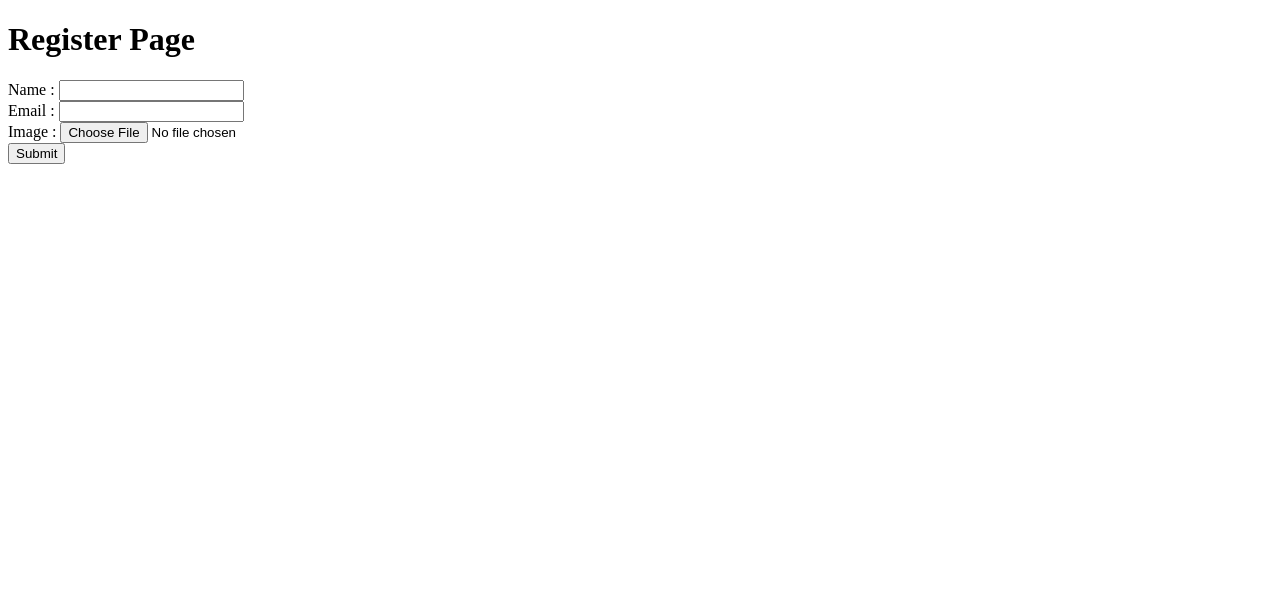
Repository: RajkumarBalimidi/Demo-JFSWD-Project
Page: DemoProject/src/main/webapp/index.html
These files come from the project's save history. The page is drawn as it stood at one moment and after the next save; the edit follows.
The browser window is 1280 px wide. The pictures show the whole page.

Above is the page before, as saved 2024-11-05 07:11:40.

After the next save:
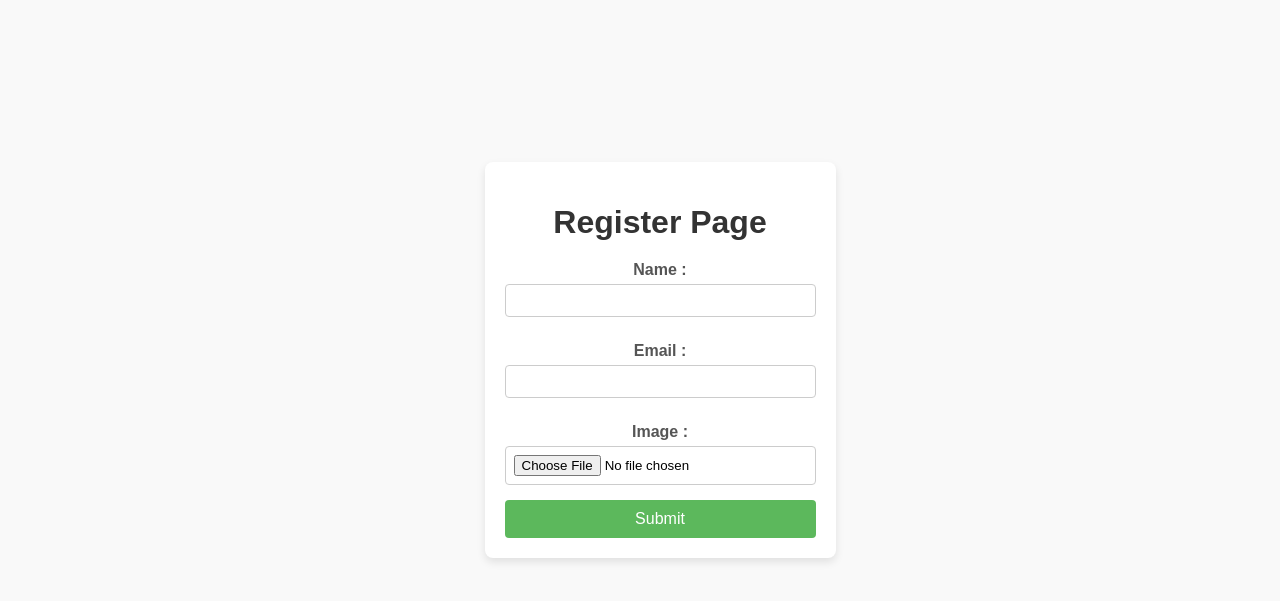
Saved 12 s later.
--- a/DemoProject/src/main/webapp/index.html
+++ b/DemoProject/src/main/webapp/index.html
@@ -3,6 +3,67 @@
 <head>
 <meta charset="UTF-8">
 <title>Register</title>
+<style>
+    body {
+        font-family: Arial, sans-serif;
+        display: flex;
+        align-items: center;
+        justify-content: center;
+        height: 100vh;
+        margin: 0;
+        background-color: #f9f9f9;
+    }
+
+    .register {
+        width: 100%;
+        max-width: 400px;
+        padding: 20px;
+        background-color: #ffffff;
+        border-radius: 8px;
+        box-shadow: 0 4px 8px rgba(0, 0, 0, 0.1);
+        text-align: center;
+    }
+
+    .register h1 {
+        color: #333;
+        margin-bottom: 20px;
+    }
+
+    label {
+        display: block;
+        margin-top: 10px;
+        font-weight: bold;
+        color: #555;
+    }
+
+    input[type="text"],
+    input[type="email"],
+    input[type="file"] {
+        width: 100%;
+        padding: 8px;
+        margin: 5px 0 15px 0;
+        border: 1px solid #ccc;
+        border-radius: 4px;
+        box-sizing: border-box;
+    }
+
+    input[type="submit"] {
+        width: 100%;
+        padding: 10px;
+        background-color: #5cb85c;
+        color: #ffffff;
+        border: none;
+        border-radius: 4px;
+        font-size: 16px;
+        cursor: pointer;
+        transition: background-color 0.3s ease;
+    }
+
+    input[type="submit"]:hover {
+        background-color: #4cae4c;
+    }
+</style>
+
 </head>
 <body>
 
